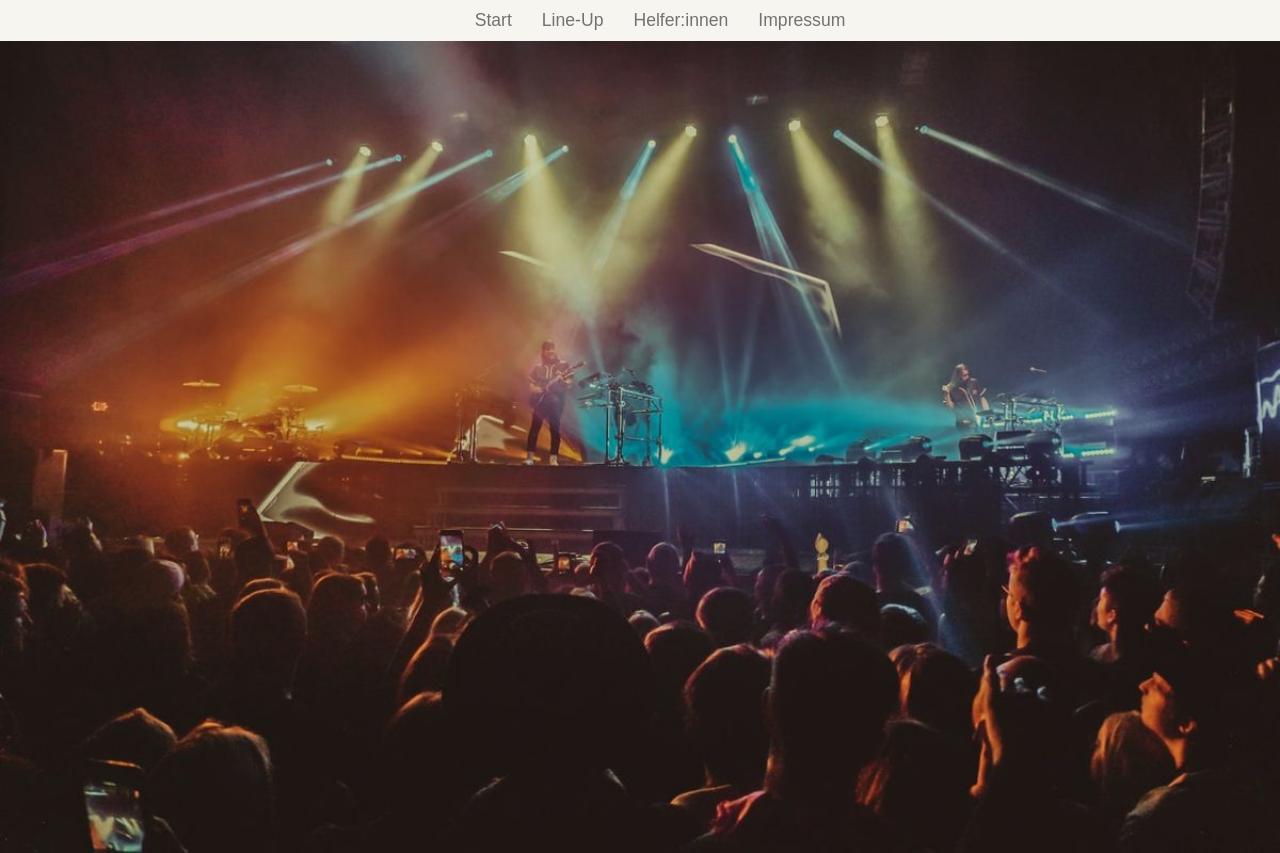
Repository: Hajimohammadi-KI/Web-Technologien
Page: index.html
The author's editor kept a copy of each file at every save. The page is drawn from the files as they stood at one save, then again after the next save.
The browser window is 1280 px wide. The pictures show the whole page.

Above is the page before, as saved 2025-09-30 15:09:05.

After the next save:
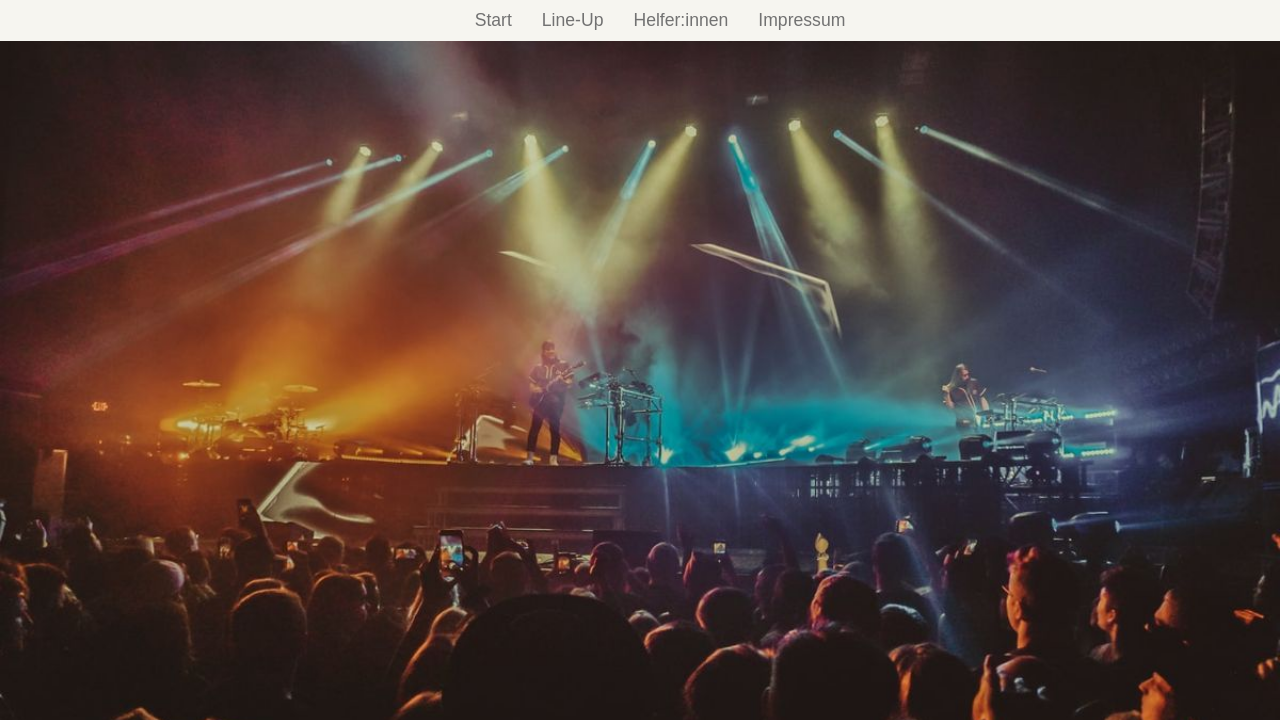
Saved 2 min 53 s later.
--- a/Style.css
+++ b/Style.css
@@ -18,16 +18,32 @@ img.responsive-img {
   }
 }
 
- body {
-  font-family: Arial, sans-serif; /* [translate:تنظیم فونت پیش‌فرض برای کل صفحه] */
-  margin: 0; /* [translate:حذف حاشیه پیش‌فرض مرورگر] */
-  padding: 0; /* [translate:حذف فاصله داخلی پیش‌فرض مرورگر] */
-  box-sizing: border-box; /* [translate:شامل کردن حاشیه و پدینگ در محاسبه عرض و ارتفاع عناصر] */
-  background: url("img/spotify-livestreaming-virtual-concerts-feat.jpeg");
-  background-position: center; /* [translate:تنظیم موقعیت پس‌زمینه در مرکز] */
-  background-repeat: no-repeat; /* [translate:عدم تکرار تصویر پس‌زمینه] */
-  background-size: cover; /* [translate:پوشش کامل پس‌زمینه] */
+ html, body {
+  width: 100vw;
+  height: 100vh;
+  margin: 0;
+  padding: 0;
+  overflow: hidden; /* جلوگیری از اسکرول اضافی */
 }
+
+body {
+  font-family: Arial, sans-serif;
+  box-sizing: border-box;
+  background: url("img/spotify-livestreaming-virtual-concerts-feat.jpeg") center center no-repeat;
+  background-size: cover; /* تصویر پس‌زمینه کل صفحه را می‌پوشاند */
+}
+
+.main-content {
+  position: absolute;
+  top: 50%;
+  left: 50%;
+  transform: translate(-50%, -50%);
+  width: 90vw;
+  max-width: 1200px;
+  color: #222;
+  text-align: center;
+}
+
   h1, h2, h3 {
     color: #333; /* [translate:تنظیم رنگ تیره برای عناوین] */
     margin-bottom: 10px; /* [translate:افزودن فاصله پایین به عناوین] */
